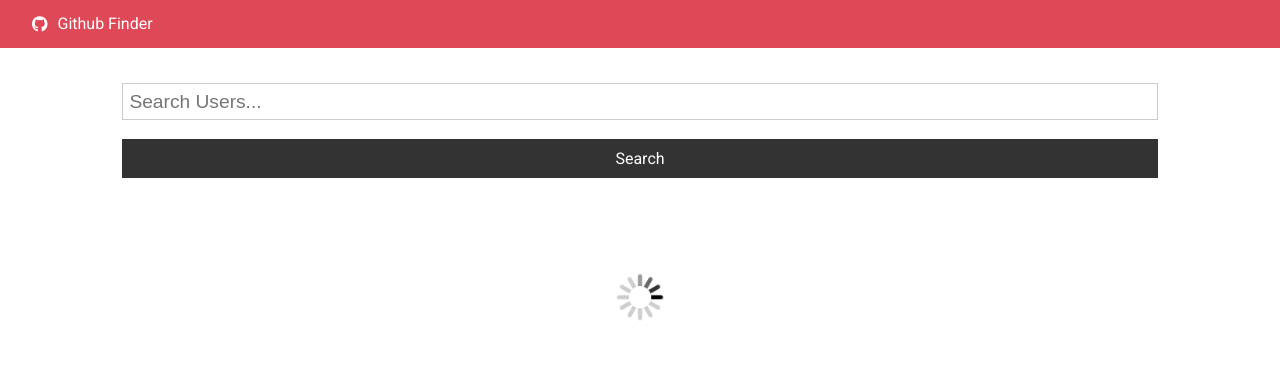
Repository: priyavmehta/Github-Finder
Page: /
These files come from the project's save history. The page is drawn as it stood at one moment and after the next save; the edit follows.
The browser window is 1280 px wide. The pictures show the whole page.
The page's requests for data from a server got no answer. Some web libraries are served in a nearby version. The project was rebuilt for these pictures with package versions that can differ from the ones it lists, and the page was loaded fresh each time. No one was signed in, and anything a server would have sent is missing. Also part of the build but not shown: src/components/users/UserProfile.js, src/components/layout/Alert.js, src/components/pages/About.js.

Above is the page before, as saved 2020-07-04 21:23:33.

### public/index.html
<!DOCTYPE html>
<html lang="en">
  <head>
    <meta charset="utf-8" />
    <link rel="icon" href="%PUBLIC_URL%/favicon.ico" />
    <meta name="viewport" content="width=device-width, initial-scale=1" />
    <meta name="theme-color" content="#000000" />
    <meta
      name="description"
      content="Web site created using create-react-app"
    />
    <link rel="apple-touch-icon" href="%PUBLIC_URL%/logo192.png" />
    <!--
      manifest.json provides metadata used when your web app is installed on a
      user's mobile device or desktop. See https://developers.google.com/web/fundamentals/web-app-manifest/
    -->
    <link rel="manifest" href="%PUBLIC_URL%/manifest.json" />
    <script src="https://kit.fontawesome.com/c3f9cf1e2c.js" crossorigin="anonymous"></script>

    <title>Github Finder</title>
  </head>
  <body>
    <noscript>You need to enable JavaScript to run this app.</noscript>
    <div id="root"></div>

  </body>
</html>

### src/App.js
import React, { Component, Fragment } from 'react';
import { BrowserRouter as Router, Switch, Route } from 'react-router-dom'
import './App.css';
import Navbar from './components/layout/Navbar';
import Users from './components/users/Users';
import axios from 'axios'
import Search from './components/users/Search';
import Alert from './components/layout/Alert';
import About from './components/pages/About';


class App extends Component {

  state = {
    users : [],
    loading : false,
    clear : false,
    alert : null
  }

  async componentDidMount () {

    this.setState({
      loading : true
    })
    const res = await axios.get(`https://api.github.com/users?client_id=${process.env.REACT_APP_GITHUB_CLIENT_ID}&client_secret=${process.env.REACT_APP_GITHUB_CLIENT_SECRET}`);
    this.setState({
      users : res.data,
      loading : false
    })
  }

  searchUsers = async (text) => {

    this.setState({
      loading : true
    })
    const res = await axios.get(`https://api.github.com/search/users?q=${text}&client_id=${process.env.REACT_APP_GITHUB_CLIENT_ID}&client_secret=${process.env.REACT_APP_GITHUB_CLIENT_SECRET}`);
    this.setState({
      users : res.data.items,
      loading : false,
      clear : true
    })
    console.log(text)
  }

  clearUsers = async () => {

    this.setState({
      loading : true
    })
    const res = await axios.get(`https://api.github.com/users?client_id=${process.env.REACT_APP_GITHUB_CLIENT_ID}&client_secret=${process.env.REACT_APP_GITHUB_CLIENT_SECRET}`);
    this.setState({
      users : res.data,
      loading : false,
      clear : false
    })

  }

  setAlert = (msg, type) =>{
    this.setState ({ alert : { msg, type } })

    setTimeout (() => this.setState({ alert : null}), 5000)
  }

  render() {
    const { users, loading, clear } = this.state;

    return (
      <Router>
        <div className="App">
          <Navbar />

          <div className="container">
            <Alert alert = {this.state.alert}/>
            <Switch>
              <Route exact path = '/' render = {props =>(
                <Fragment>
                  <Search
                    searchUsers = {this.searchUsers}
                    clearUsers = {this.clearUsers}
                    showClear = {clear}
                    setAlert = {this.setAlert}/>
                  <Users loading = {loading} users = {users} />
                </Fragment>
              )} />
              <Route exact path = '/about' component = {About}/>
            </Switch>
          </div>
        </div>
      </Router>
    );
  }
}

export default App;

### src/App.css
@import url("https://fonts.googleapis.com/css?family=Roboto");

/* Global Styles */
:root {
  --primary-color: #dc3545;
  --dark-color: #333333;
  --light-color: #f4f4f4;
  --danger-color: #dc3545;
  --success-color: #28a745;
}

* {
  box-sizing: border-box;
  margin: 0;
  padding: 0;
}

body {
  font-family: "Roboto", sans-serif;
  font-size: 1rem;
  line-height: 1.6;
  background-color: #fff;
  color: #333;
}

a {
  color: var(--primary-color);
  text-decoration: none;
}

a:hover {
  color: #666;
}

ul {
  list-style: none;
}

img {
  width: 100%;
}

/* Utilities */
.container {
  max-width: 1100px;
  margin: auto;
  overflow: hidden;
  padding: 0 2rem;
}

/* Text Styles*/
.x-large {
  font-size: 4rem;
  line-height: 1.2;
  margin-bottom: 1rem;
}

.large {
  font-size: 3rem;
  line-height: 1.2;
  margin-bottom: 1rem;
}

.lead {
  font-size: 1.5rem;
  margin-bottom: 1rem;
}

.text-center {
  text-align: center;
}

.text-primary {
  color: var(--primary-color);
}

.text-dark {
  color: var(--dark-color);
}

.text-success {
  color: var(--success-color);
}

.text-danger {
  color: var(--danger-color);
}

.text-center {
  text-align: center;
}

.text-right {
  text-align: right;
}

.text-left {
  text-align: left;
}

/* Center All */
.all-center {
  display: flex;
  flex-direction: column;
  width: 100%;
  margin: auto;
  justify-content: center;
  align-items: center;
  text-align: center;
}

/* Cards */
.card {
  padding: 1rem;
  border: #ccc 1px dotted;
  margin: 0.7rem 0;
}

/* List */
.list {
  margin: 0.5rem 0;
}

.list li {
  padding-bottom: 0.3rem;
}

/* Padding */
.p {
  padding: 0.5rem;
}
.p-1 {
  padding: 1rem;
}
.p-2 {
  padding: 2rem;
}
.p-3 {
  padding: 3rem;
}
.py {
  padding: 0.5rem 0;
}
.py-1 {
  padding: 1rem 0;
}
.py-2 {
  padding: 2rem 0;
}
.py-3 {
  padding: 3rem 0;
}

/* Margin */
.m {
  margin: 0.5rem;
}
.m-1 {
  margin: 1rem;
}
.m-2 {
  margin: 2rem;
}
.m-3 {
  margin: 3rem;
}
.my {
  margin: 0.5rem 0;
}
.my-1 {
  margin: 1rem 0;
}
.my-2 {
  margin: 2rem 0;
}
.my-3 {
  margin: 3rem 0;
}

/* Grid */
.grid-2 {
  display: grid;
  grid-template-columns: repeat(2, 1fr);
  grid-gap: 1rem;
}

.grid-3 {
  display: grid;
  grid-template-columns: repeat(3, 1fr);
  grid-gap: 1rem;
}

.grid-4 {
  display: grid;
  grid-template-columns: repeat(4, 1fr);
  grid-gap: 1rem;
}

.btn {
  display: inline-block;
  background: var(--light-color);
  color: #333;
  padding: 0.4rem 1.3rem;
  font-size: 1rem;
  border: none;
  cursor: pointer;
  margin-right: 0.5rem;
  transition: opacity 0.2s ease-in;
  outline: none;
}

.btn-link {
  background: none;
  padding: 0;
  margin: 0;
}

.btn-block {
  display: block;
  width: 100%;
}

.btn-sm {
  font-size: 0.8rem;
  padding: 0.3rem 1rem;
  margin-right: 0.2rem;
}

.badge {
  display: inline-block;
  font-size: 0.8rem;
  padding: 0.2rem 0.7rem;
  text-align: center;
  margin: 0.3rem;
  background: var(--light-color);
  color: #333;
  border-radius: 5px;
}

.alert {
  padding: 0.7rem;
  margin: 1rem 0;
  opacity: 0.9;
  background: var(--light-color);
  color: #333;
}

.btn-primary,
.bg-primary,
.badge-primary,
.alert-primary {
  background: var(--primary-color);
  color: #fff;
}

.btn-light,
.bg-light,
.badge-light,
.alert-light {
  background: var(--light-color);
  color: #333;
}

.btn-dark,
.bg-dark,
.badge-dark,
.alert-dark {
  background: var(--dark-color);
  color: #fff;
}

.btn-danger,
.bg-danger,
.badge-danger,
.alert-danger {
  background: var(--danger-color);
  color: #fff;
}

.btn-success,
.bg-success,
.badge-success,
.alert-success {
  background: var(--success-color);
  color: #fff;
}

.btn-white,
.bg-white,
.badge-white,
.alert-white {
  background: #fff;
  color: #333;
  border: #ccc solid 1px;
}

.btn:hover {
  opacity: 0.8;
}

.bg-light,
.badge-light {
  border: #ccc solid 1px;
}

.round-img {
  border-radius: 50%;
}

/* Forms */
input {
  margin: 1.2rem 0;
}

.form-text {
  display: block;
  margin-top: 0.3rem;
  color: #888;
}

input[type="text"],
input[type="email"],
input[type="password"],
input[type="date"],
select,
textarea {
  display: block;
  width: 100%;
  padding: 0.4rem;
  font-size: 1.2rem;
  border: 1px solid #ccc;
}

input[type="submit"],
button {
  font: inherit;
}

table th,
table td {
  padding: 1rem;
  text-align: left;
}

table th {
  background: var(--light-color);
}

/* Navbar */
.navbar {
  display: flex;
  justify-content: left;
  align-items: center;
  padding: 0.7rem 2rem;
  z-index: 1;
  width: 100%;
  opacity: 0.9;
  margin-bottom: 1rem;
}

.navbar ul {
  display: flex;
}

.navbar a {
  color: #fff;
  padding: 0.45rem;
  margin: 0 0.25rem;
}

.navbar a:hover {
  color: var(--light-color);
}

.navbar .welcome span {
  margin-right: 0.6rem;
}

/* Mobile Styles */
@media (max-width: 700px) {
  .hide-sm {
    display: none;
  }

  .grid-2,
  .grid-3,
  .grid-4 {
    grid-template-columns: 1fr;
  }

  /* Text Styles */
  .x-large {
    font-size: 3rem;
  }

  .large {
    font-size: 2rem;
  }

  .lead {
    font-size: 1rem;
  }

  /* Navbar */
  .navbar {
    display: block;
    text-align: center;
  }

  .navbar ul {
    text-align: center;
    justify-content: center;
  }
}

### src/components/layout/Navbar.js
import React from 'react'
import PropTypes from 'prop-types'

const Navbar = ({icon, title}) => {

    return (
        <nav className = "navbar bg-primary">
            <i className ={icon} style = {{marginRight : 10 + 'px'}}/> {title}
        </nav>
    )
}

Navbar.defaultProps = {
    title : "Github Finder",
    icon : "fab fa-github"
};

Navbar.propTypes = {
    title : PropTypes.string.isRequired,
    icon : PropTypes.string.isRequired
};

export default Navbar

### src/components/users/Users.js
import React from 'react';
import UserProfile from './UserProfile';
import Spinner from '../layout/Spinner';
import PropTypes from 'prop-types'

const Users = ({ users, loading }) => {

    if (loading) {
        return <Spinner />
    } else {
        return (
            <div style = {userStyle}>
                {users.map(user => (
                    <UserProfile key = {user.id} user = {user} />
                ))}
            </div>
        );
    }
}

Users.propTypes = {
    users : PropTypes.array.isRequired,
    loading : PropTypes.bool.isRequired,
}

const userStyle = {
    display: 'grid',
    gridTemplateColumns: 'repeat(3, 1fr)',
    gridGap: '1rem'
}

export default Users

### src/components/users/Search.js
import React, { Component } from 'react'
import PropTypes from 'prop-types'

class Search extends Component {

    state = {
        text : ''
    }

    onSubmit = (event) => {
        event.preventDefault()
        if (this.state.text === ''){
            this.props.setAlert('Please enter something', 'light')
        } else {
            this.props.searchUsers(this.state.text)
            this.setState({ text : '' })
        }
    }

    changeValue = (event) => {
        this.setState ({
            text : event.target.value
        })
    }

    static propTypes = {
        searchUsers : PropTypes.func.isRequired,
        clearUsers : PropTypes.func.isRequired,
        showClear : PropTypes.bool.isRequired,
        setAlert : PropTypes.func.isRequired,
    }

    render() {
        return (
            <div>
                <form className = "form" onSubmit = {this.onSubmit}>
                    <input
                     type = "text"
                     name = "text"
                     placeholder = "Search Users..."
                     value = {this.state.text}
                     onChange = {this.changeValue}/>
                    <input
                     type = "submit"
                     value = "Search"
                     className = "btn btn-dark btn-block" />
                </form>
                {
                    this.props.showClear &&
                    (<button className = "btn btn-block btn-light" onClick = {this.props.clearUsers}>Clear</button>)
                }
            </div>
        )
    }
}

export default Search

### src/components/layout/Spinner.js
import React, { Fragment } from "react";
import spinner from "./spinner.gif";

const Spinner = () => (
  <Fragment>
    <img
      src={spinner}
      alt='Loading...'
      style={{ width: "200px", margin: "auto", display: "block" }}
    ></img>
  </Fragment>
);

export default Spinner;

Loaded but not shown: src/index.js (common file)

After the next save:
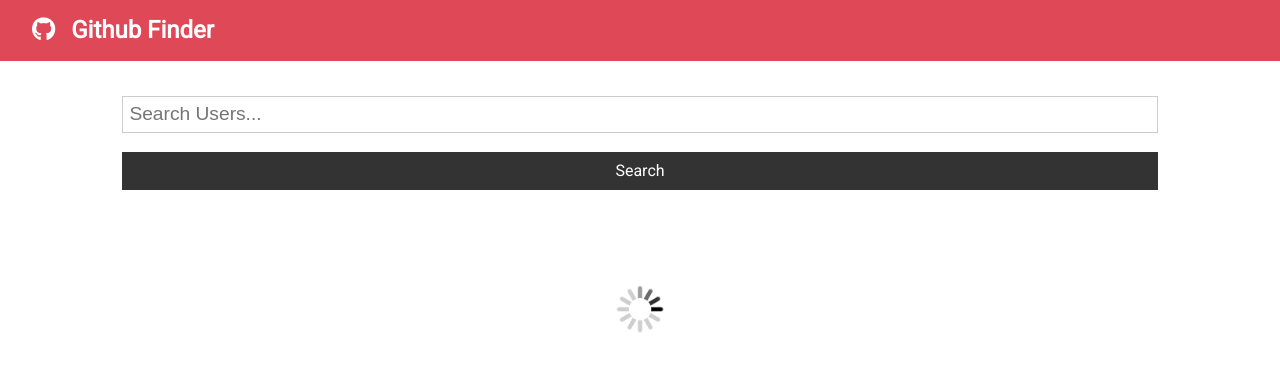
Saved 55 s later.
--- a/src/components/layout/Navbar.js
+++ b/src/components/layout/Navbar.js
@@ -5,7 +5,9 @@
 
     return (
         <nav className = "navbar bg-primary">
-            <i className ={icon} style = {{marginRight : 10 + 'px'}}/> {title}
+            <h1>
+                <i className ={icon} style = {{marginRight : 10 + 'px'}}/> {title}
+            </h1>
         </nav>
     )
 }
